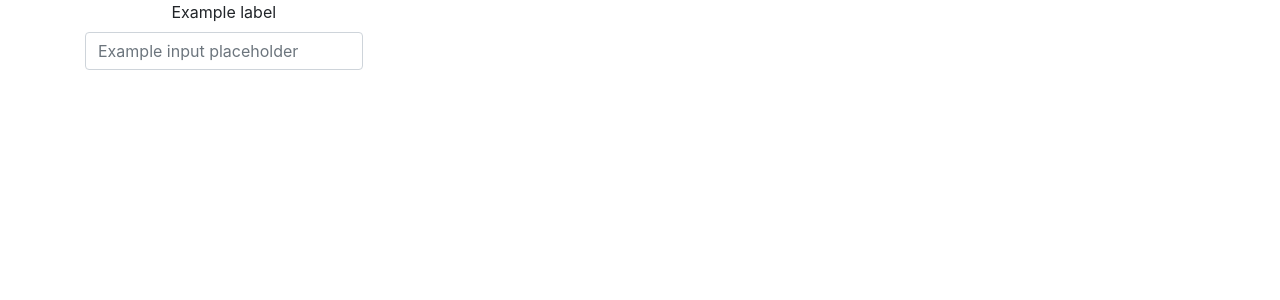
Repository: baobaodeveloper/bootcamp21__array__HuynhAnhBao
Page: index.html
These files come from the project's save history. The page is drawn as it stood at one moment and after the next save; the edit follows.
The browser window is 1280 px wide. The pictures show the whole page.

Above is the page before, as saved 2022-03-20 16:25:39.

After the next save:
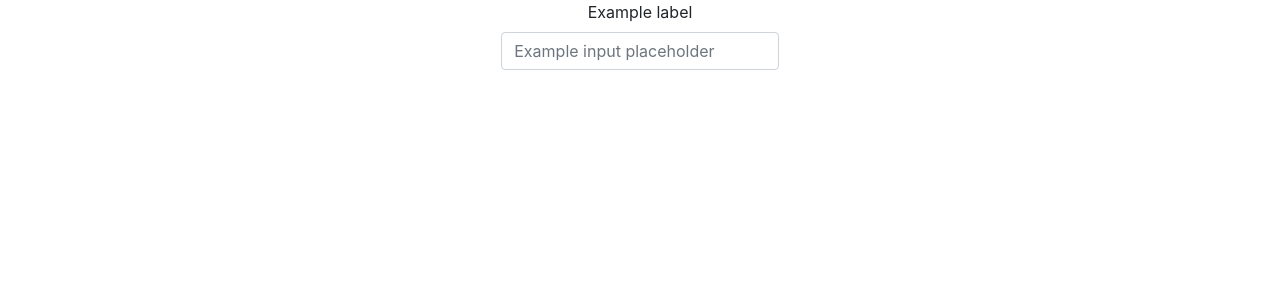
Saved 48 s later.
--- a/index.html
+++ b/index.html
@@ -18,7 +18,7 @@
     />
   </head>
   <body>
-    <div class="container m-auto">
+    <div class="container d-flex justify-content-center align-items-center">
       <div class="mb-3 text-center w-25">
         <label for="formGroupExampleInput" class="form-label"
           >Example label</label
